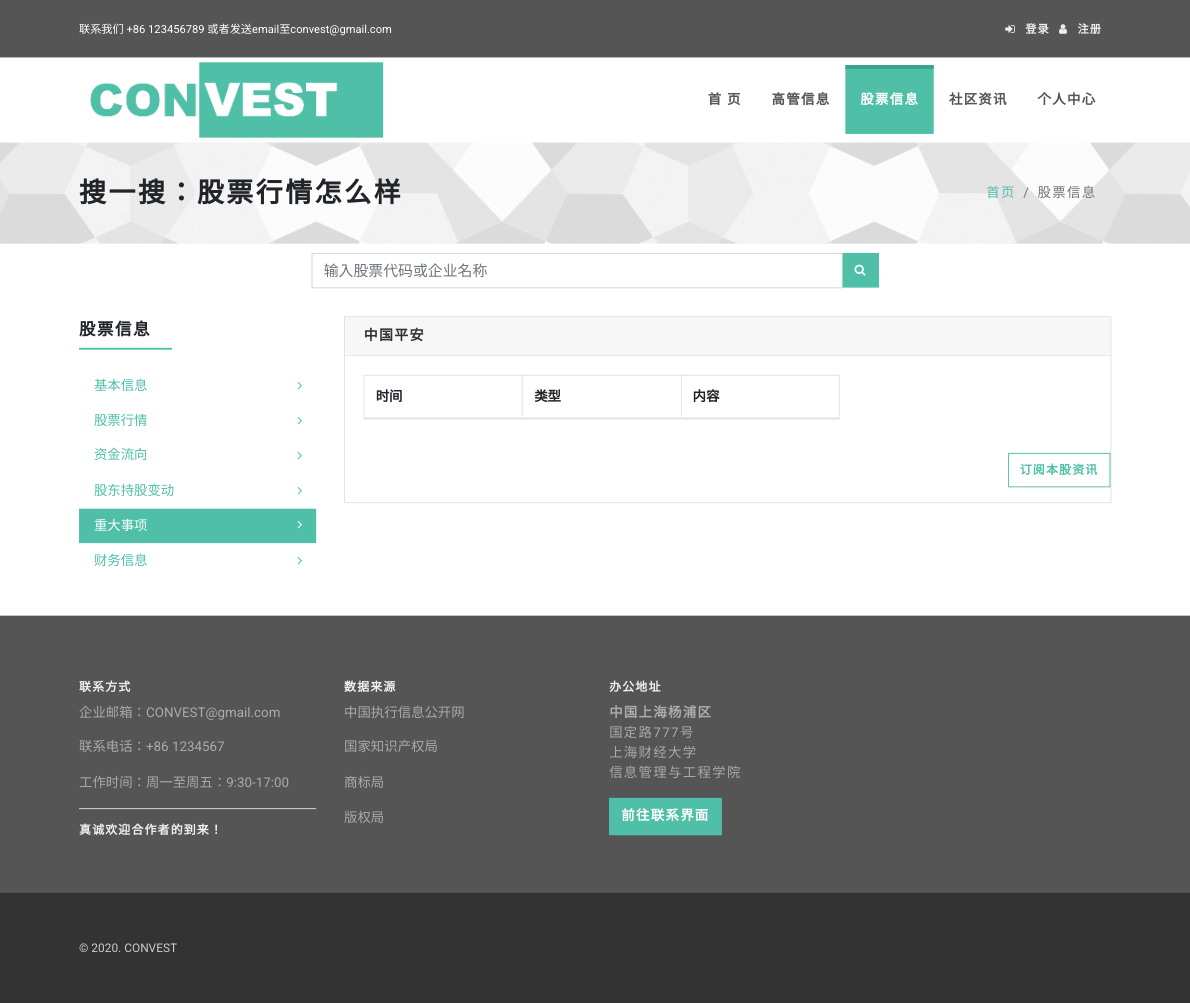
Repository: SUFELYZ/CONVEST
Page: http://localhost/CONVEST/template-blocks.jsp
These files come from the project's save history. The page is drawn as it stood at one moment and after the next save; the edit follows.
The browser window is 1280 px wide. The pictures show the whole page, at 93% of full size.
The page is served by Tomcat 9.

Above is the page before, as saved 2021-01-05 15:50:37.

After the next save:
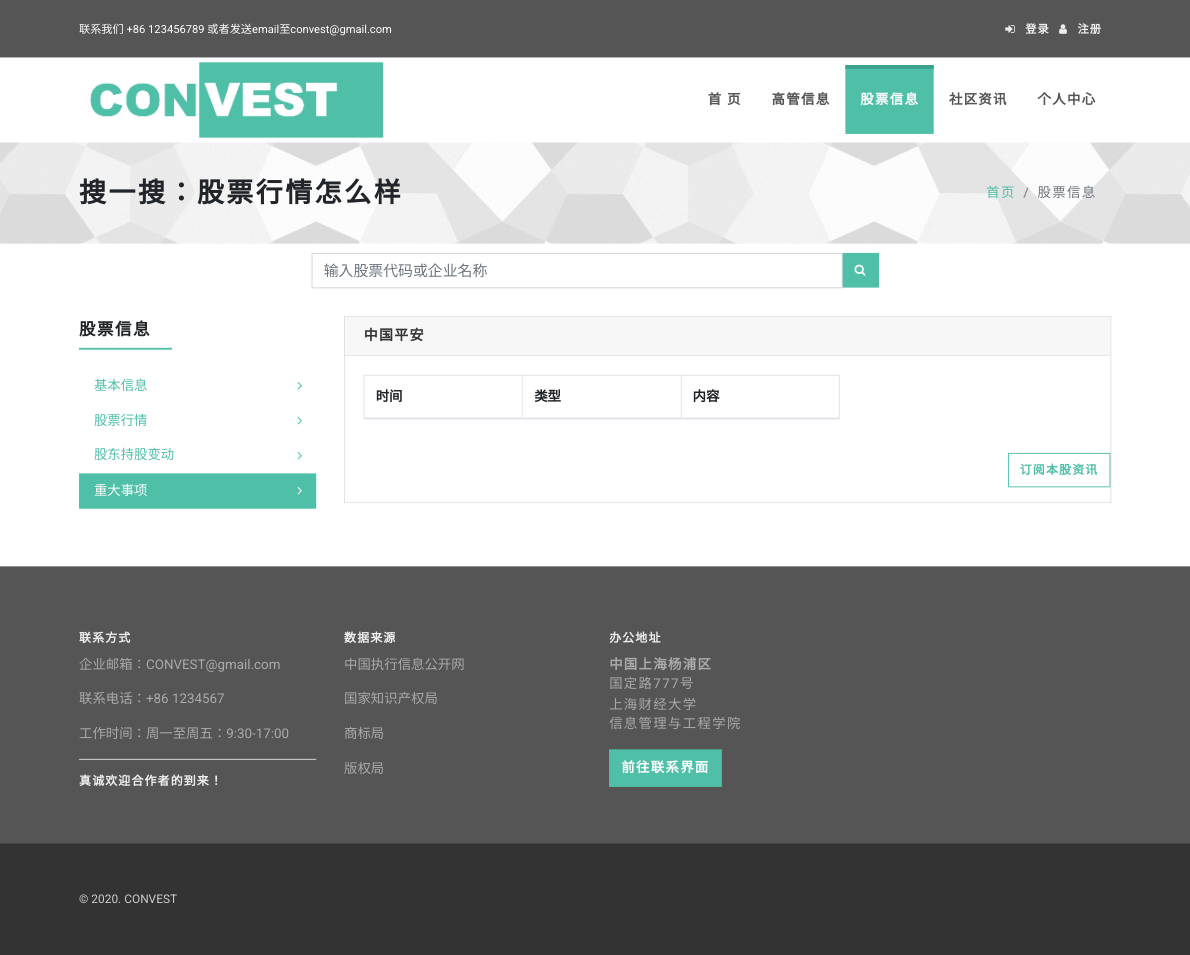
Saved 78 s later.
--- a/CONVEST 1.0/CONVEST/WebContent/template-blocks.jsp
+++ b/CONVEST 1.0/CONVEST/WebContent/template-blocks.jsp
@@ -165,12 +165,11 @@
                 </div>
                 <div class="panel-body">
                   <ul class="nav nav-pills flex-column text-sm">
-                    <li class="nav-item"><a href="股票信息.jsp" class="nav-link">基本信息</a></li>
-                    <li class="nav-item"><a href="template-alerts.jsp" class="nav-link">股票行情</a></li>
-                    <li class="nav-item"><a href="template-buttons.jsp" class="nav-link">资金流向</a></li>
+                    <li class="nav-item"><a href="股票信息.jsp" class="nav-link ">基本信息</a></li>
+                    <li class="nav-item"><a href="template-alerts.jsp" class="nav-link ">股票行情</a></li>
+
                     <li class="nav-item"><a href="template-content-boxes.jsp" class="nav-link">股东持股变动</a></li>
                     <li class="nav-item"><a href="template-blocks.jsp" class="nav-link active">重大事项</a></li>
-                    <li class="nav-item"><a href="template-pagination.jsp" class="nav-link">财务信息</a></li>
 
                   </ul>
                 </div>
